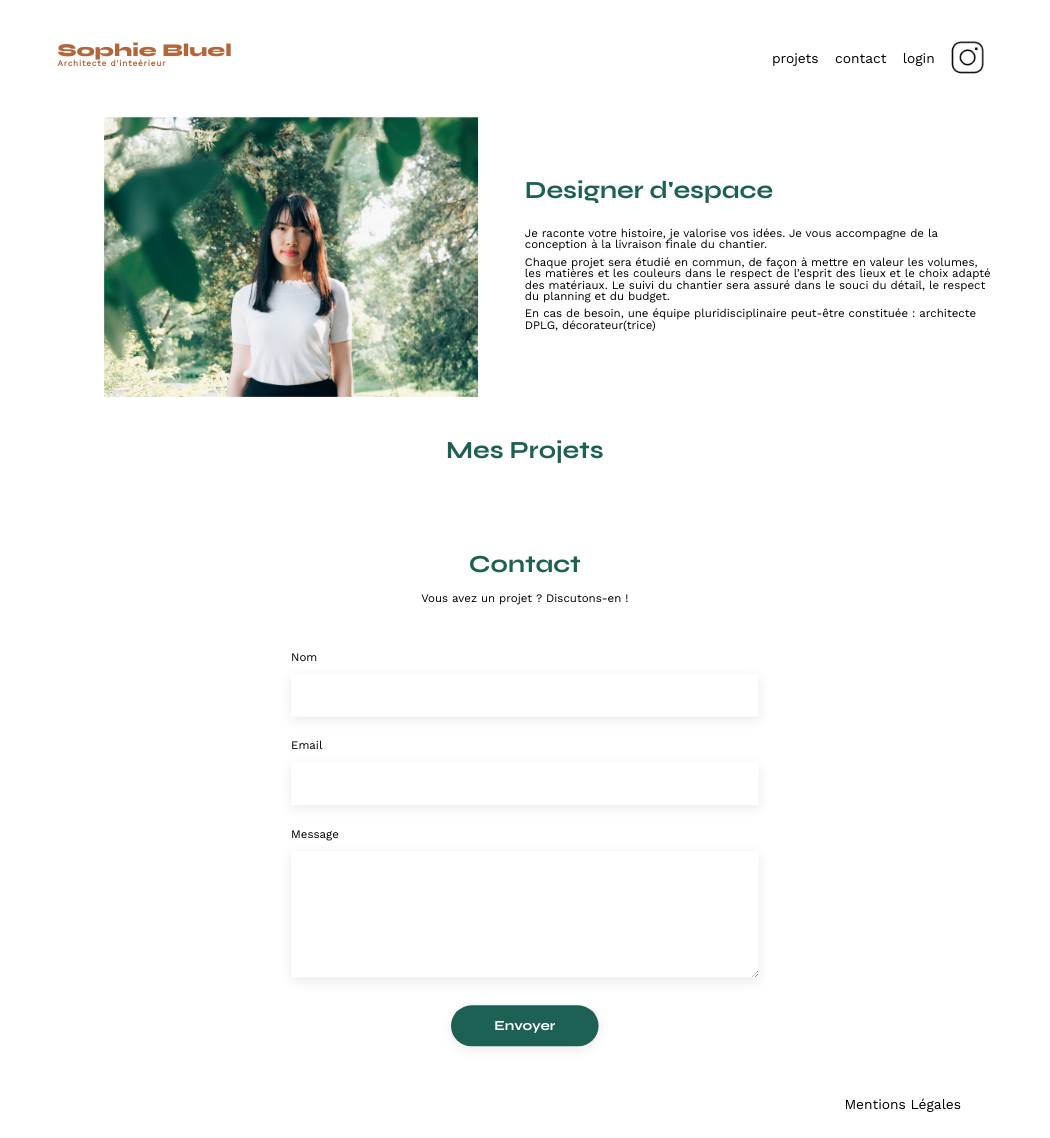
Repository: ByteVoyageur/OC-P6
Page: FrontEnd/index.html
An editor plug-in stored every save of this project. The page is shown before and after the next save, followed by the edit.
The browser window is 1280 px wide. The pictures show the whole page, at 82% of full size.
The page's requests for data from a server got no answer.

Above is the page before, as saved 2023-11-02 11:08:53.
Console error: TypeError: Cannot read properties of null (reading 'addEventListener')

After the next save:
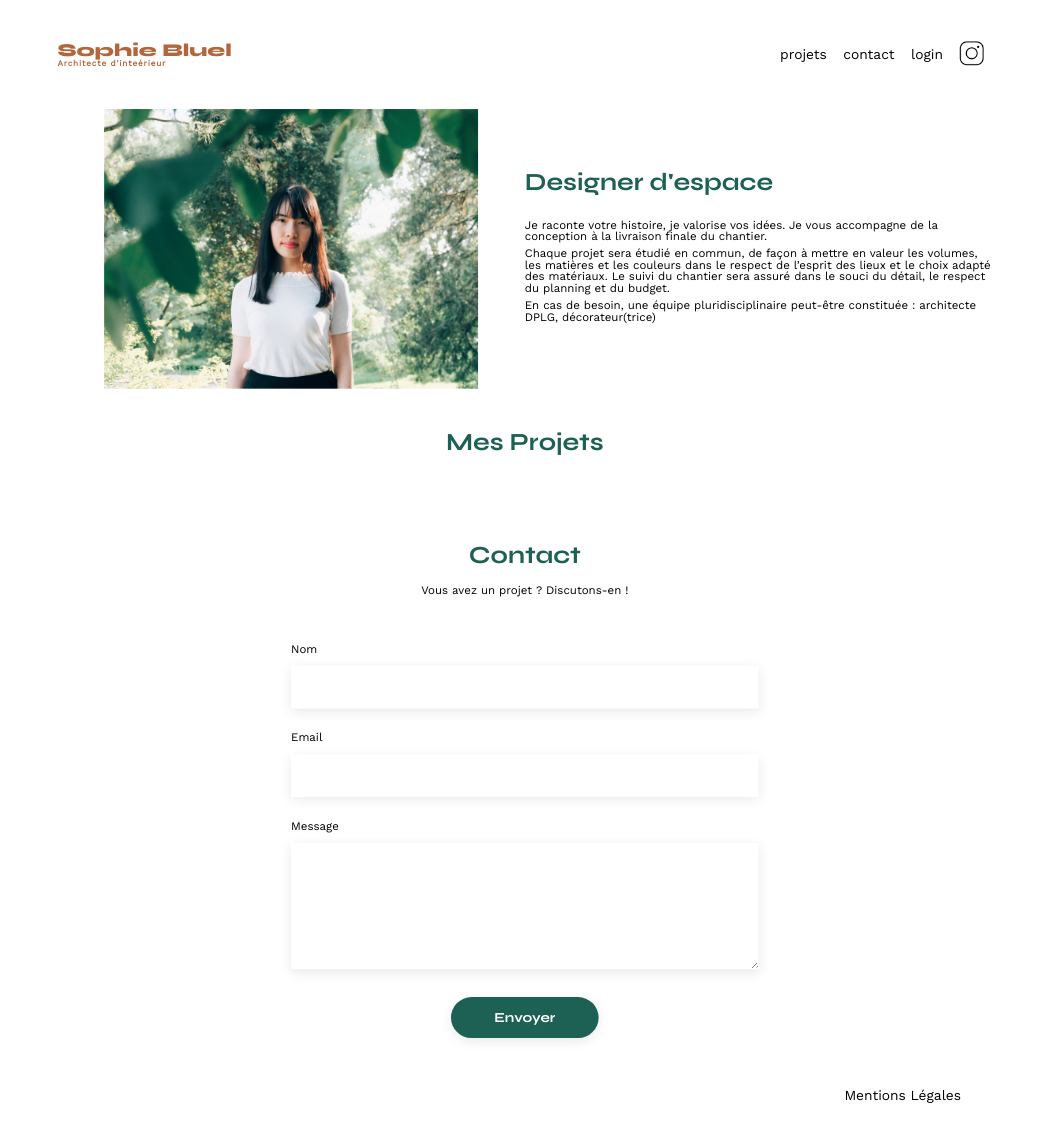
Saved 21 min 4 s later.
--- a/FrontEnd/assets/css/style.css
+++ b/FrontEnd/assets/css/style.css
@@ -196,17 +196,24 @@ a {
 nav ul li a {
   color: black;
 }
+nav ul li img {
+  width: 30px;
+  height: 30px;
+}
 
 li:hover {
   color: #b1663c;
 }
+
 #introduction {
   display: flex;
   align-items: center;
 }
+
 #introduction figure {
   flex: 1;
 }
+
 #introduction img {
   display: block;
   margin: auto;
